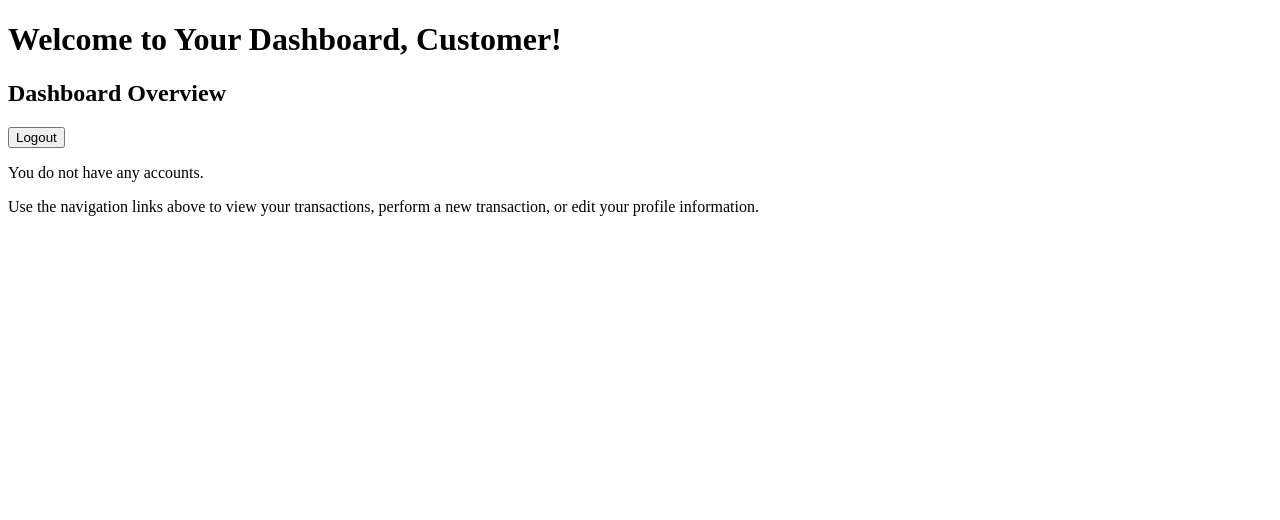
Repository: vinayakGarudi2002/swabhavTrainingProjects
Page: http://localhost/01_banking_application/customerDashboard.jsp
These files come from the project's save history. The page is drawn as it stood at one moment and after the next save; the edit follows.
The browser window is 1280 px wide. The pictures show the whole page.
The page is served by Tomcat 9.

Above is the page before, as saved 2024-08-12 11:34:19.

After the next save:
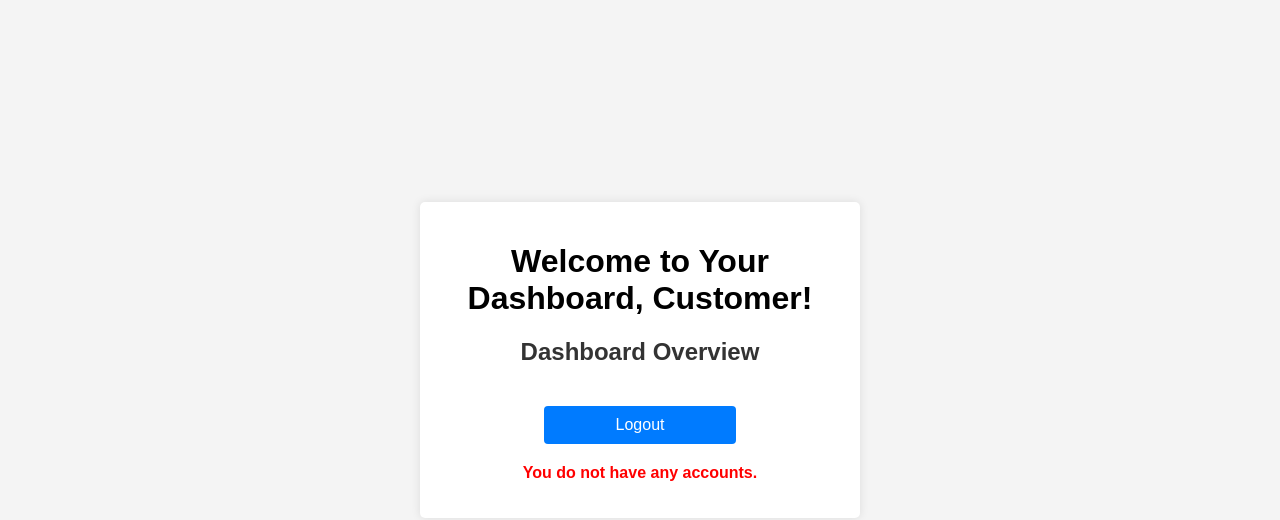
Saved 4 min 50 s later.
--- a/01_banking_application/WebContent/customerDashboard.jsp
+++ b/01_banking_application/WebContent/customerDashboard.jsp
@@ -6,25 +6,19 @@
 <head>
     <meta charset="ISO-8859-1">
     <meta name="viewport" content="width=device-width, initial-scale=1.0">
-
     <title>Customer Dashboard</title>
-    <style>
-
-    </style>
+    <link rel="stylesheet" type="text/css" href="static/css/styles.css">
 </head>
 <body>
     <div class="dashboard-container">
         <div class="header">
             <h1>Welcome to Your Dashboard, Customer!</h1>
         </div>
-
-
         <div class="content">
             <h2>Dashboard Overview</h2>
             <form action="LogoutServlet" method="post">
-            <button type="submit">Logout</button>
-        </form>
-
+                <button type="submit">Logout</button>
+            </form>
             <%
                 // Retrieve the list of account numbers from the session
                 ArrayList<Long> accountNumbers = (ArrayList<Long>)session.getAttribute("accounts");
@@ -46,10 +40,6 @@
                 } else {
             %>
             <p class="error-message">You do not have any accounts.</p>
-            <div class="hidden">
-
-              <p>Use the navigation links above to view your transactions, perform a new transaction, or edit your profile information.</p>
-            </div>
             <%
                 }
             %>
